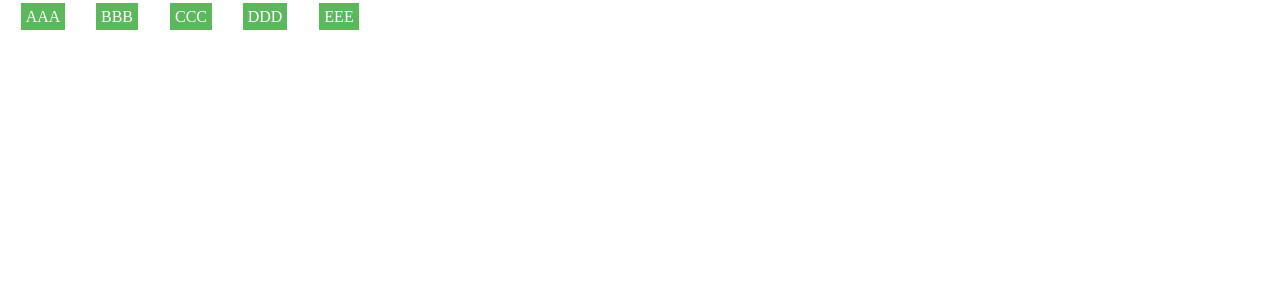
Repository: soydaizu/yamada-git1
Page: Folder_for_Exam/list.html
The author's editor kept a record of every edit. The page is drawn from the files as they stood at one moment, then again after the next edit.
The browser window is 1280 px wide. The pictures show the whole page.

Above is the page before.

### Folder_for_Exam/list.html
<head>
    <meta charset = "UTF-8">
    <link rel="stylesheet" href="list.css">
</head>
<body>
    <ul>
      <li><a href="#">AAA</a></li>
      <li><a href="#">BBB</a></li>
      <li><a href="#">CCC</a></li>
      <li><a href="#">DDD</a></li>
      <li><a href="#">EEE</a></li>
    </ul>
</body>

### Folder_for_Exam/list.css
ul {
  padding: 0;
  margin: 0; /* outer space size sets zero */
  list-style: square /* remove icons on the left side */
}
ul li {
  width: 70px;
  display: inline-block; /* Laying horizontally */
  text-align: center; /* put the text in the middle */
}
ul li a {
  background-color: #5cb85c;
  color: #fff;
  padding: 5px;
   /* Extend elements to set these background color */
  text-decoration: none; /* remove the underline */
}

After the next edit:
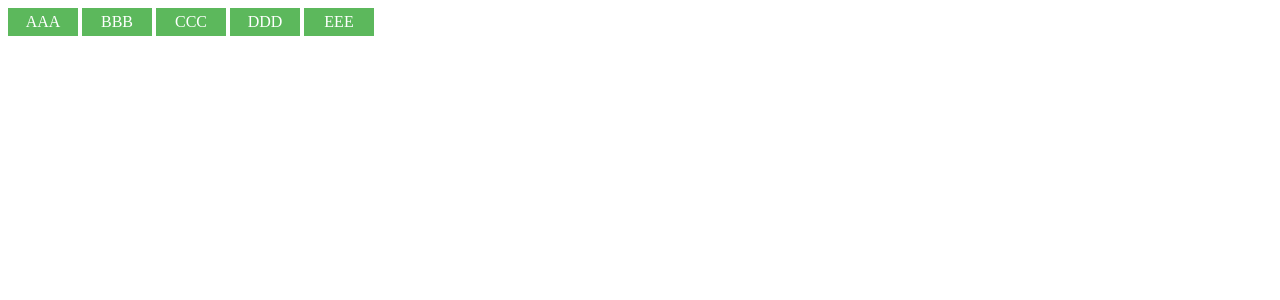
The edit:
--- a/Folder_for_Exam/list.css
+++ b/Folder_for_Exam/list.css
@@ -12,6 +12,6 @@
   background-color: #5cb85c;
   color: #fff;
   padding: 5px;
-   /* Extend elements to set these background color */
+  display: block; /* Extend elements to set these background color */
   text-decoration: none; /* remove the underline */
 }
